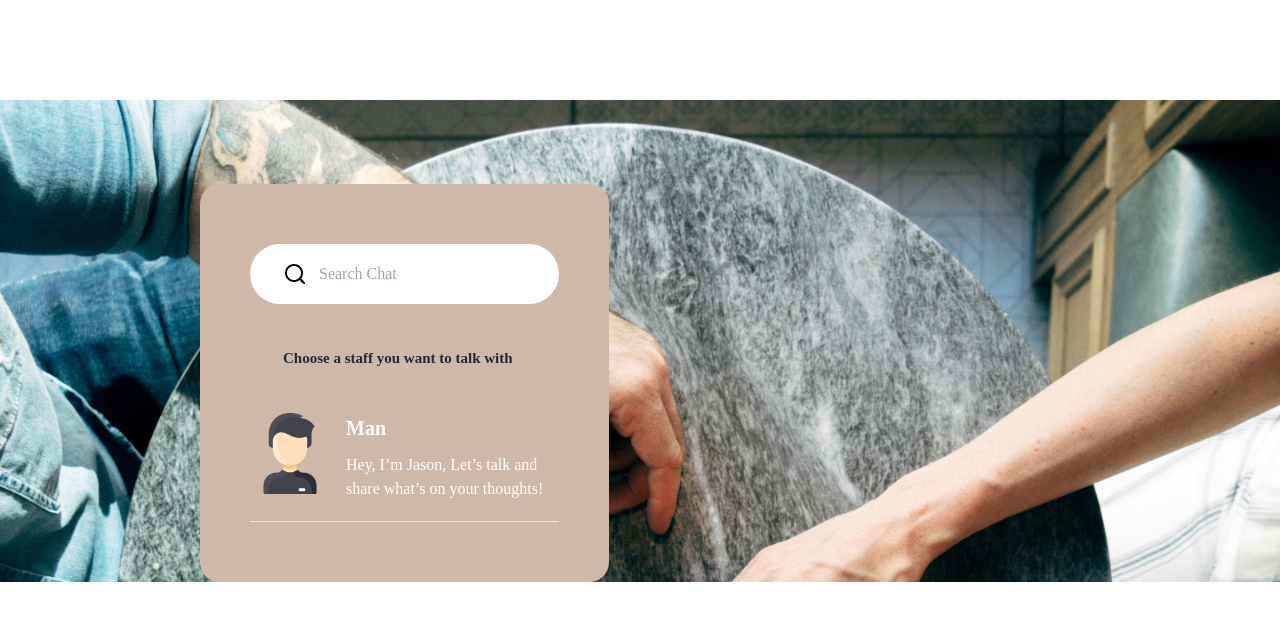
Repository: boykebn/fw12-collab2-FRONTEND
Page: /chat (app in our/)
An editor plug-in stored every save of this project. The page is shown before and after the next save, followed by the edit.
The browser window is 1280 px wide. The pictures show the whole page.
The project was rebuilt for these pictures with package versions that can differ from the ones it lists, and the page was loaded fresh each time. The framework's server and built-in components were replaced by stand-ins that run in the browser. Also part of the build but not shown: our/next.config.js.

Above is the page before, as saved 2022-12-31 23:55:00.

After the next save:
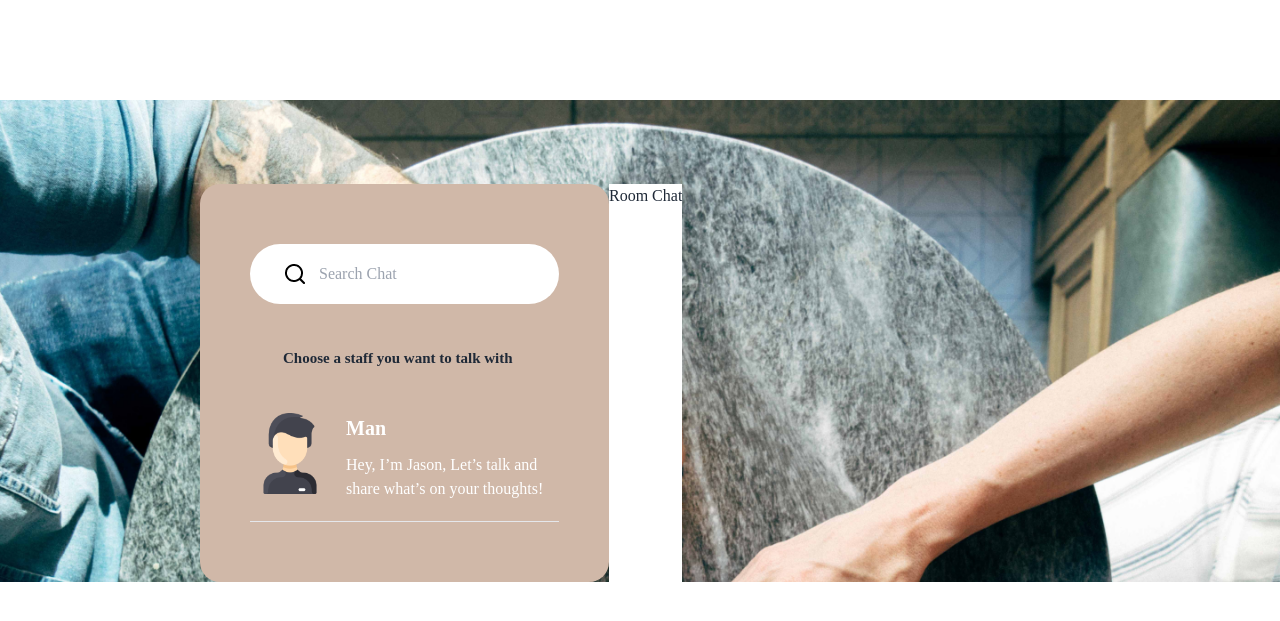
Saved 26 s later.
--- a/our/pages/chat.js
+++ b/our/pages/chat.js
@@ -31,7 +31,11 @@ const Chat = () => {
             </div>
             <hr />
           </div>
-          <div className="bg-white"></div>
+          <div className="bg-white">
+            <div>
+              <p>Room Chat</p>
+            </div>
+          </div>
         </div>
       </div>
     </div>
